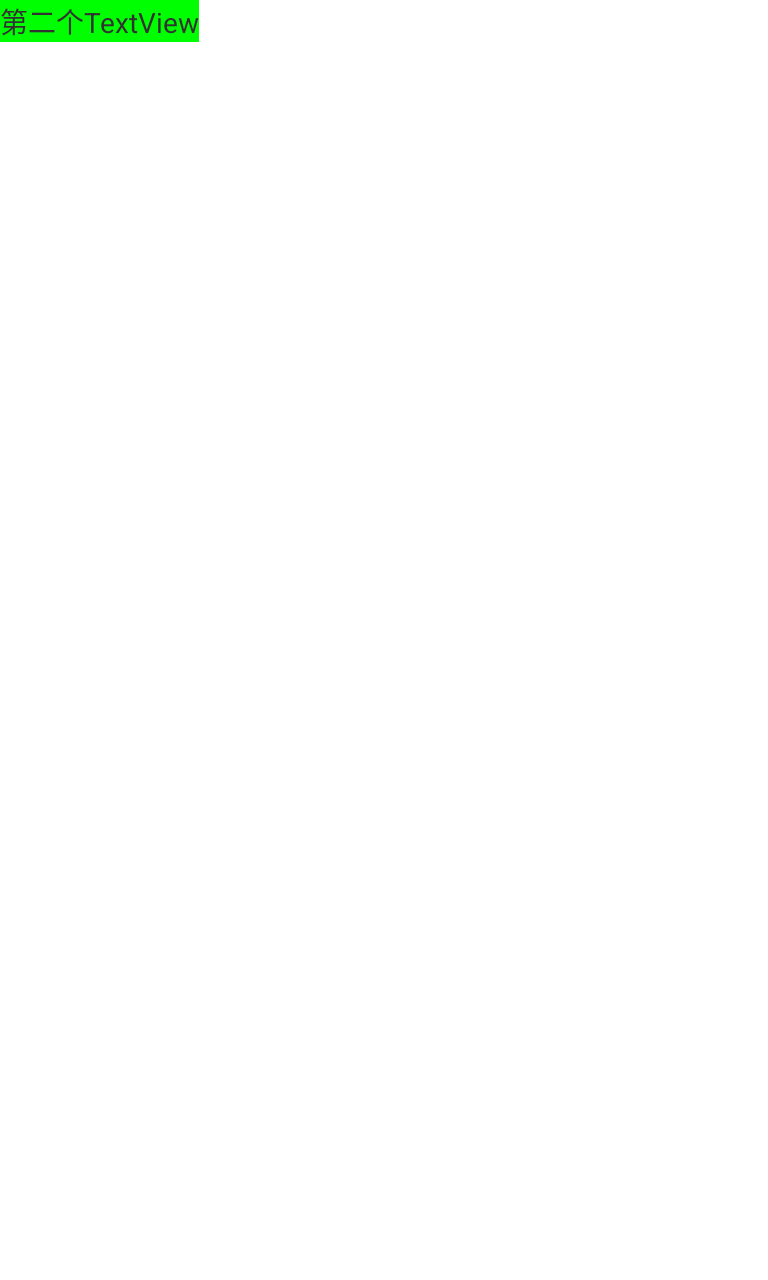
Repository: mrhanliang/Android_4.2
Layout: S01_E13_RelativeLayout/res/layout/activity_main.xml
An editor plug-in stored every save of this project. The layout is shown before and after the next save, followed by the edit.
It is drawn on a 768 x 1280 px phone screen (xhdpi) without system bars, with theme AppTheme; the app's code is not run.

Above is the layout before, as saved 2015-12-03 14:05:32.

### S01_E13_RelativeLayout/res/layout/activity_main.xml
<RelativeLayout xmlns:android="http://schemas.android.com/apk/res/android"
    xmlns:tools="http://schemas.android.com/tools"
    android:layout_width="match_parent"
    android:layout_height="match_parent" >

    <TextView
        android:id="@+id/firstViewId"
        android:layout_width="wrap_content"
        android:layout_height="wrap_content"
        android:text="第一个TextView"
        android:background="#AA0000" />

    <TextView
        android:layout_width="wrap_content"
        android:layout_height="wrap_content"
        android:background="#00FF00"
        android:layout_="@id/firstViewId"
        android:text="第二个TextView"
        />

</RelativeLayout>

Loaded but not shown: S01_E13_RelativeLayout/res/values/styles.xml (common file); S01_E13_RelativeLayout/res/values-v11/styles.xml (common file); S01_E13_RelativeLayout/res/values-v14/styles.xml (common file)

After the next save:
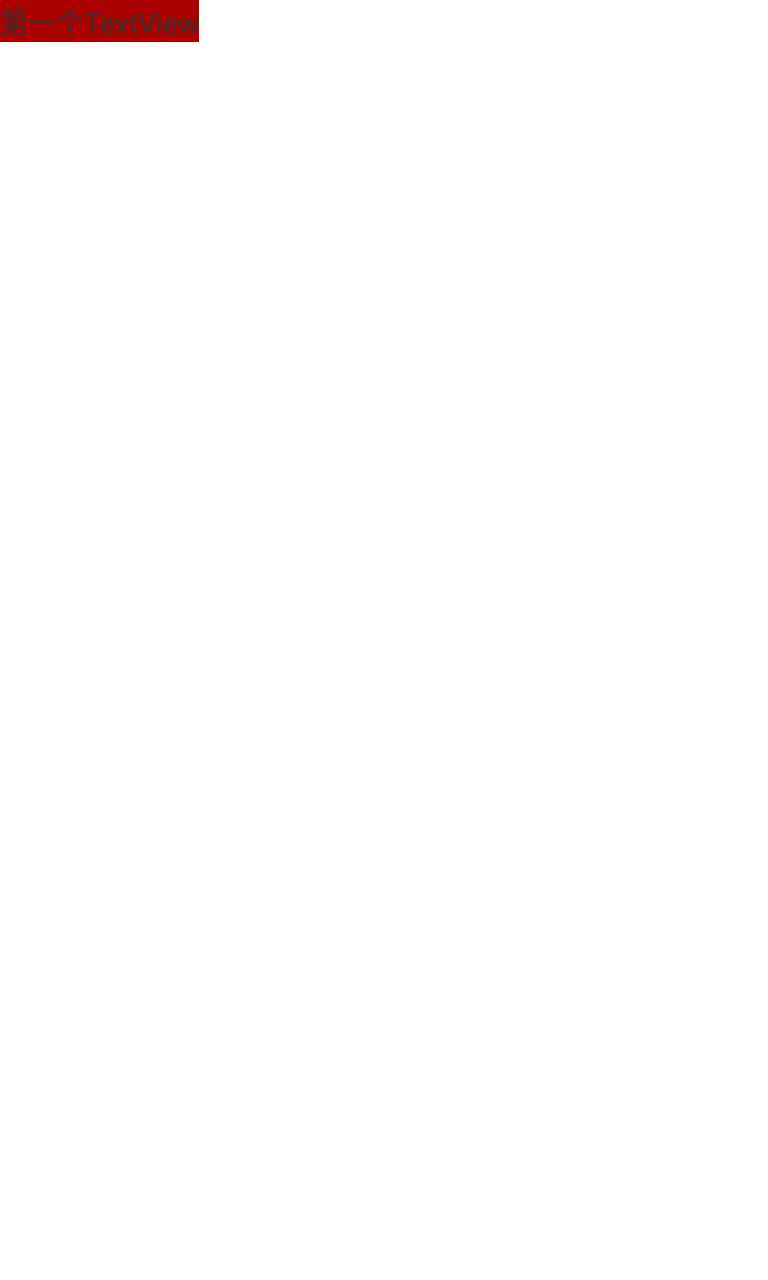
Saved 61 s later.
--- a/S01_E13_RelativeLayout/res/layout/activity_main.xml
+++ b/S01_E13_RelativeLayout/res/layout/activity_main.xml
@@ -10,12 +10,4 @@
         android:text="第一个TextView"
         android:background="#AA0000" />
 
-    <TextView
-        android:layout_width="wrap_content"
-        android:layout_height="wrap_content"
-        android:background="#00FF00"
-        android:layout_="@id/firstViewId"
-        android:text="第二个TextView"
-        />
-
 </RelativeLayout>
